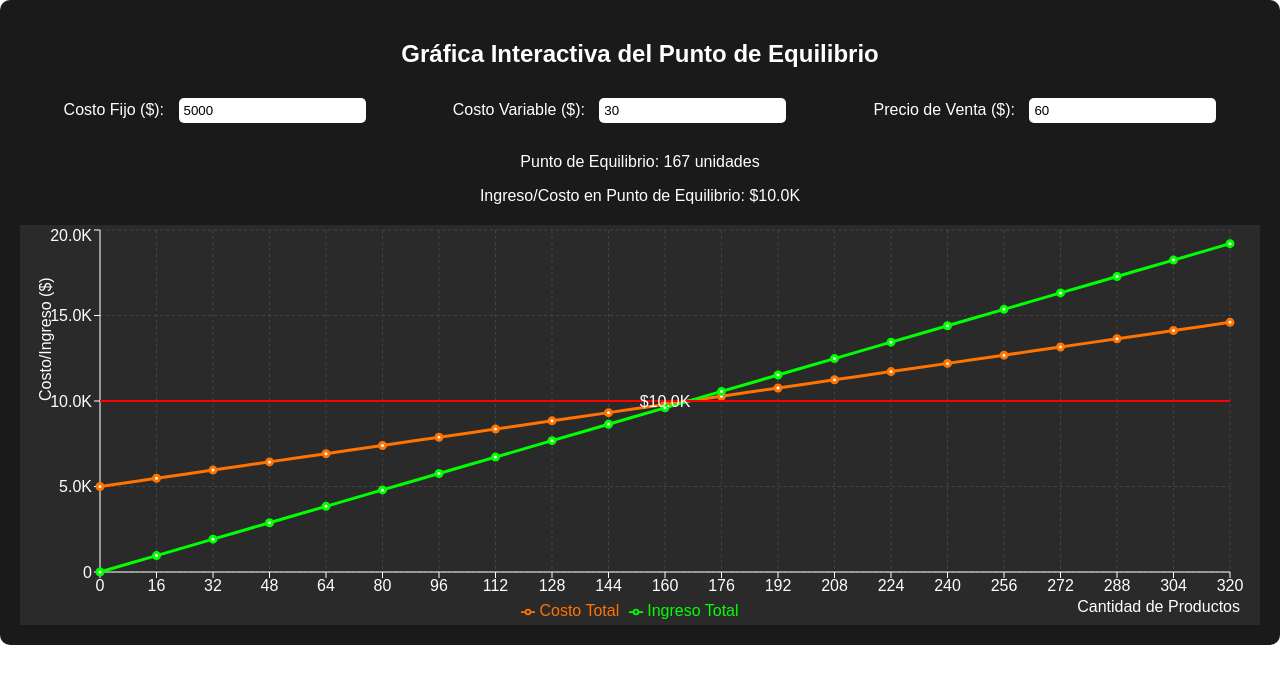
Repository: CiroAlfa/grafic-point-balancer
Page: / (app in graficas-chocolate/)
These files come from the project's save history. The page is drawn as it stood at one moment and after the next save; the edit follows.
The browser window is 1280 px wide. The pictures show the whole page.
The project was rebuilt for these pictures with package versions that can differ from the ones it lists, and the page was loaded fresh each time.

Above is the page before, as saved 2024-09-14 13:53:55.

### graficas-chocolate/src/App.js
import React from 'react';
/*import BreakEvenChart from './BreakEvenChart';
import BreakEvenChart2 from './BreakEvenChart2';*/
import BreakEvenChartInteractive from './BreakEvenChartInteractive';

function App() {
  return (
    <div className="App">

      <BreakEvenChartInteractive />


    </div>
  );
}

export default App;

### graficas-chocolate/src/BreakEvenChartInteractive.js
/* eslint-disable react-hooks/exhaustive-deps */
import React, { useState, useEffect } from 'react';
import { LineChart, Line, XAxis, YAxis, CartesianGrid, Tooltip, Legend, ReferenceLine, ResponsiveContainer } from 'recharts';

const BreakEvenChartInteractive = () => {
  const [costoFijo, setCostoFijo] = useState(5000);
  const [costoVariable, setCostoVariable] = useState(30);
  const [precioVenta, setPrecioVenta] = useState(60);
  const [puntoEquilibrio, setPuntoEquilibrio] = useState({ x: 0, y: 0 });
  const [data, setData] = useState([]);
  const [maxX, setMaxX] = useState(0);
  const [maxY, setMaxY] = useState(0);

  useEffect(() => {
    calcularPuntoEquilibrio();
  }, [costoFijo, costoVariable, precioVenta]);

  const calcularPuntoEquilibrio = () => {
    const x = (costoFijo / (precioVenta - costoVariable)).toFixed(2); // Mantiene dos decimales
    const y = (x * precioVenta).toFixed(2); // Mantiene dos decimales
    setPuntoEquilibrio({ x: parseFloat(x), y: parseFloat(y) }); // Convierte a float
    generarDatos(parseFloat(x), parseFloat(y)); // Pasa el valor como float a generarDatos
  };


  const generarDatos = (x, y) => {
    const newMaxX = Math.ceil(x * 2);
    const newMaxY = Math.ceil(y * 2);
    setMaxX(newMaxX);
    setMaxY(newMaxY);

    const newData = [];
    const step = Math.max(1, Math.floor(newMaxX / 20));
    for (let i = 0; i <= newMaxX; i += step) {
      newData.push({
        x: i,
        costoTotal: costoFijo + costoVariable * i,
        ingresoTotal: precioVenta * i
      });
    }
    setData(newData);
  };

  const handleInputChange = (setter) => (e) => {
    const value = parseFloat(e.target.value) || 0;
    setter(value);
  };

  const formatNumber = (number) => {
    if (number >= 1000000) {
      return (number / 1000000).toFixed(1) + 'M';
    } else if (number >= 1000) {
      return (number / 1000).toFixed(1) + 'K';
    }
    return number.toFixed(0);
  };

  return (
    <div style={{ backgroundColor: '#1a1a1a', padding: '20px', borderRadius: '10px', color: 'white', fontFamily: 'Arial, sans-serif' }}>
      <h2 style={{ textAlign: 'center', marginBottom: '20px' }}>Gráfica Interactiva del Punto de Equilibrio</h2>

      <div style={{ display: 'flex', justifyContent: 'space-around', marginBottom: '20px', flexWrap: 'wrap' }}>
        <div style={{ margin: '10px' }}>
          <label>Costo Fijo ($): </label>
          <input
            type="number"
            value={costoFijo}
            onChange={handleInputChange(setCostoFijo)}
            style={{ marginLeft: '10px', padding: '5px', borderRadius: '5px', border: 'none' }}
          />
        </div>
        <div style={{ margin: '10px' }}>
          <label>Costo Variable ($): </label>
          <input
            type="number"
            value={costoVariable}
            onChange={handleInputChange(setCostoVariable)}
            style={{ marginLeft: '10px', padding: '5px', borderRadius: '5px', border: 'none' }}
          />
        </div>
        <div style={{ margin: '10px' }}>
          <label>Precio de Venta ($): </label>
          <input
            type="number"
            value={precioVenta}
            onChange={handleInputChange(setPrecioVenta)}
            style={{ marginLeft: '10px', padding: '5px', borderRadius: '5px', border: 'none' }}
          />
        </div>
      </div>

      <div style={{ textAlign: 'center', marginBottom: '20px' }}>
        <p>Punto de Equilibrio: {formatNumber(puntoEquilibrio.x)} unidades</p>
        <p>Ingreso/Costo en Punto de Equilibrio: ${formatNumber(puntoEquilibrio.y)}</p>
      </div>

      <ResponsiveContainer width="100%" height={400}>
        <LineChart
          data={data}
          margin={{ top: 5, right: 30, left: 20, bottom: 5 }}
          style={{ backgroundColor: '#2a2a2a' }}
        >
          <CartesianGrid strokeDasharray="3 3" stroke="#444" />
          <XAxis
            dataKey="x"
            label={{ value: 'Cantidad de Productos', position: 'insideBottomRight', offset: -10, fill: 'white' }}
            stroke="white"
            tickFormatter={formatNumber}
          />
          <YAxis
            label={{ value: 'Costo/Ingreso ($)', angle: -90, position: 'insideLeft', fill: 'white' }}
            stroke="white"
            tickFormatter={formatNumber}
          />
          <Tooltip
            contentStyle={{ backgroundColor: '#3a3a3a', color: 'white', border: 'none' }}
            formatter={(value) => formatNumber(value)}
          />
          <Legend wrapperStyle={{ color: 'white' }} />
          <Line type="monotone" dataKey="costoTotal" stroke="#ff7300" strokeWidth={3} name="Costo Total" />
          <Line type="monotone" dataKey="ingresoTotal" stroke="#00ff00" strokeWidth={3} name="Ingreso Total" />
          <ReferenceLine x={puntoEquilibrio.x} stroke="red" strokeWidth={2} label={{ value: "Punto de Equilibrio", fill: 'white' }} />
          <ReferenceLine y={puntoEquilibrio.y} stroke="red" strokeWidth={2} label={{ value: `$${formatNumber(puntoEquilibrio.y)}`, fill: 'white' }} />
        </LineChart>
      </ResponsiveContainer>
    </div>
  );
};

export default BreakEvenChartInteractive;

Loaded but not shown: graficas-chocolate/public/index.html (common file); graficas-chocolate/src/index.js (common file); graficas-chocolate/src/index.css (common file); graficas-chocolate/src/reportWebVitals.js (common file)

After the next save:
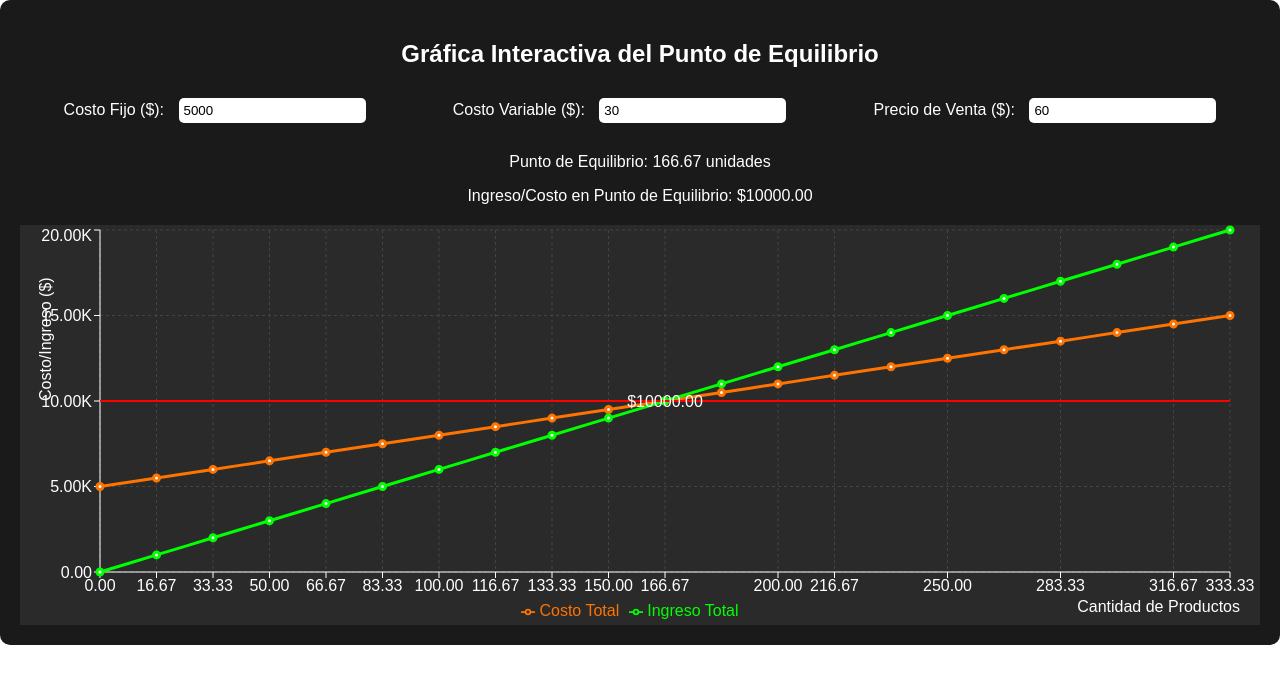
Saved 13 s later.
--- a/graficas-chocolate/src/BreakEvenChartInteractive.js
+++ b/graficas-chocolate/src/BreakEvenChartInteractive.js
@@ -1,4 +1,3 @@
-/* eslint-disable react-hooks/exhaustive-deps */
 import React, { useState, useEffect } from 'react';
 import { LineChart, Line, XAxis, YAxis, CartesianGrid, Tooltip, Legend, ReferenceLine, ResponsiveContainer } from 'recharts';
 
@@ -16,21 +15,20 @@ const BreakEvenChartInteractive = () => {
   }, [costoFijo, costoVariable, precioVenta]);
 
   const calcularPuntoEquilibrio = () => {
-    const x = (costoFijo / (precioVenta - costoVariable)).toFixed(2); // Mantiene dos decimales
-    const y = (x * precioVenta).toFixed(2); // Mantiene dos decimales
-    setPuntoEquilibrio({ x: parseFloat(x), y: parseFloat(y) }); // Convierte a float
-    generarDatos(parseFloat(x), parseFloat(y)); // Pasa el valor como float a generarDatos
+    const x = costoFijo / (precioVenta - costoVariable);
+    const y = x * precioVenta;
+    setPuntoEquilibrio({ x, y });
+    generarDatos(x, y);
   };
 
-
   const generarDatos = (x, y) => {
-    const newMaxX = Math.ceil(x * 2);
-    const newMaxY = Math.ceil(y * 2);
+    const newMaxX = x * 2;
+    const newMaxY = y * 2;
     setMaxX(newMaxX);
     setMaxY(newMaxY);
 
     const newData = [];
-    const step = Math.max(1, Math.floor(newMaxX / 20));
+    const step = newMaxX / 20;
     for (let i = 0; i <= newMaxX; i += step) {
       newData.push({
         x: i,
@@ -47,12 +45,15 @@ const BreakEvenChartInteractive = () => {
   };
 
   const formatNumber = (number) => {
-    if (number >= 1000000) {
-      return (number / 1000000).toFixed(1) + 'M';
-    } else if (number >= 1000) {
-      return (number / 1000).toFixed(1) + 'K';
+    if (typeof number === 'number') {
+      if (number >= 1000000) {
+        return (number / 1000000).toFixed(2) + 'M';
+      } else if (number >= 1000) {
+        return (number / 1000).toFixed(2) + 'K';
+      }
+      return number.toFixed(2);
     }
-    return number.toFixed(0);
+    return number; // en caso de que no sea un número
   };
 
   return (
@@ -90,8 +91,8 @@ const BreakEvenChartInteractive = () => {
       </div>
 
       <div style={{ textAlign: 'center', marginBottom: '20px' }}>
-        <p>Punto de Equilibrio: {formatNumber(puntoEquilibrio.x)} unidades</p>
-        <p>Ingreso/Costo en Punto de Equilibrio: ${formatNumber(puntoEquilibrio.y)}</p>
+        <p>Punto de Equilibrio: {puntoEquilibrio.x.toFixed(2)} unidades</p>
+        <p>Ingreso/Costo en Punto de Equilibrio: ${puntoEquilibrio.y.toFixed(2)}</p>
       </div>
 
       <ResponsiveContainer width="100%" height={400}>
@@ -119,8 +120,8 @@ const BreakEvenChartInteractive = () => {
           <Legend wrapperStyle={{ color: 'white' }} />
           <Line type="monotone" dataKey="costoTotal" stroke="#ff7300" strokeWidth={3} name="Costo Total" />
           <Line type="monotone" dataKey="ingresoTotal" stroke="#00ff00" strokeWidth={3} name="Ingreso Total" />
-          <ReferenceLine x={puntoEquilibrio.x} stroke="red" strokeWidth={2} label={{ value: "Punto de Equilibrio", fill: 'white' }} />
-          <ReferenceLine y={puntoEquilibrio.y} stroke="red" strokeWidth={2} label={{ value: `$${formatNumber(puntoEquilibrio.y)}`, fill: 'white' }} />
+          <ReferenceLine x={puntoEquilibrio.x} stroke="red" strokeWidth={2} label={{ value: `PE: ${puntoEquilibrio.x.toFixed(2)}`, fill: 'white' }} />
+          <ReferenceLine y={puntoEquilibrio.y} stroke="red" strokeWidth={2} label={{ value: `$${puntoEquilibrio.y.toFixed(2)}`, fill: 'white' }} />
         </LineChart>
       </ResponsiveContainer>
     </div>
